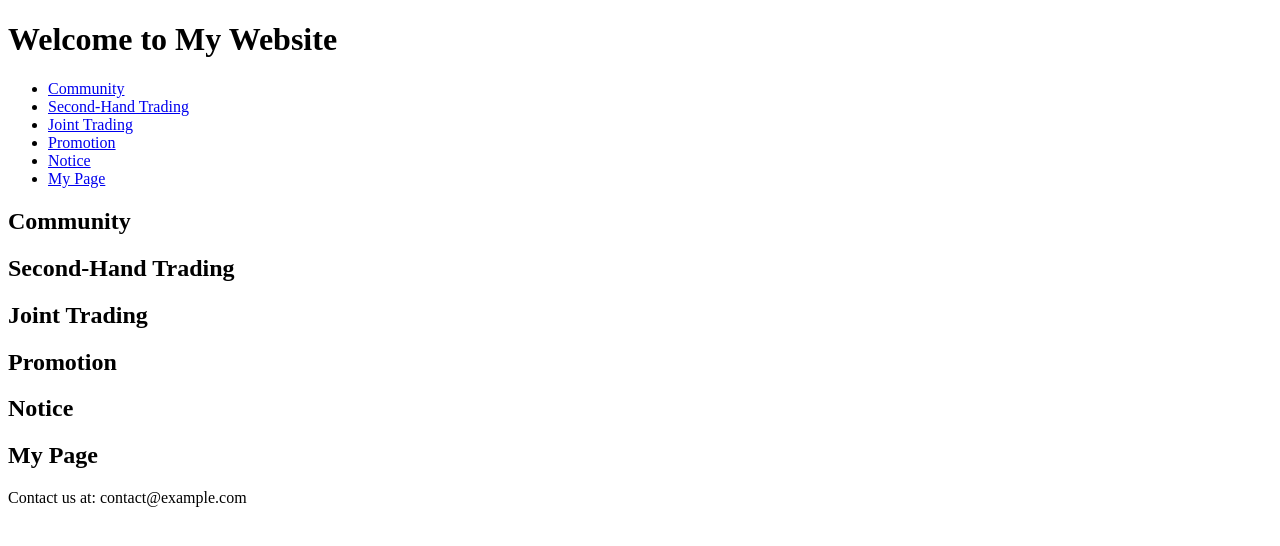
Repository: leejonggwon/Amora-Project
Page: http://localhost/JSP/
The author's editor kept a copy of each file at every save. The page is drawn from the files as they stood at one save, then again after the next save.
The browser window is 1280 px wide. The pictures show the whole page.
The page is served by Tomcat 9.

Above is the page before, as saved 2023-08-01 17:27:40.

After the next save:
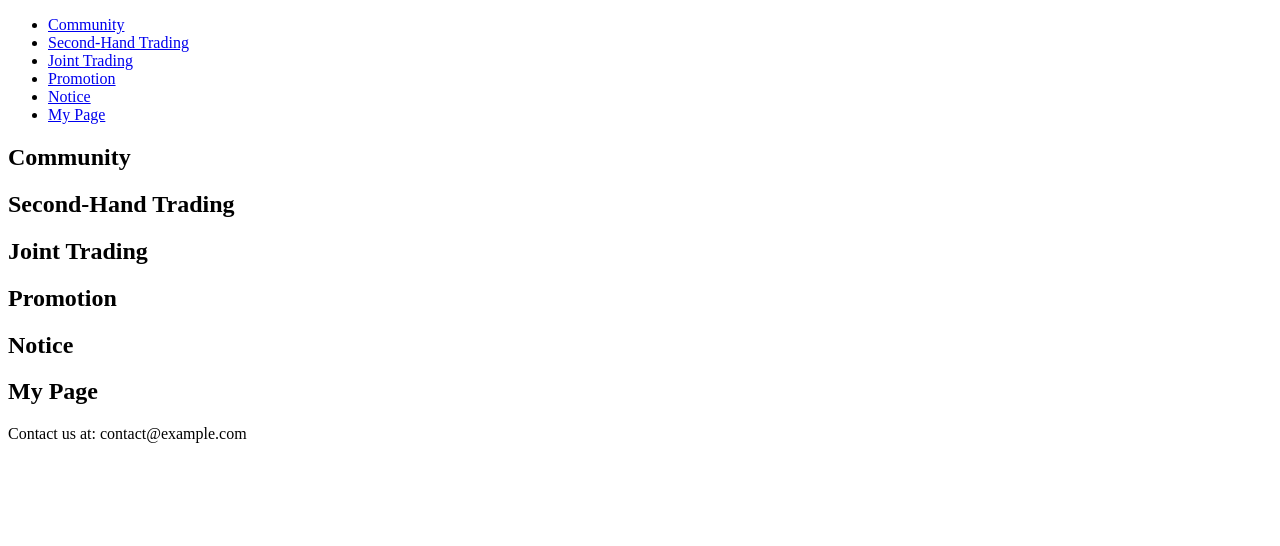
Saved 2 min 4 s later.
--- a/04.Server/JSP/src/main/webapp/index.jsp
+++ b/04.Server/JSP/src/main/webapp/index.jsp
@@ -9,9 +9,9 @@
 <body>
 
     <!-- Header -->
-    <header>
-        <h1>Welcome to My Website</h1>
-    </header>
+  <head>
+    <title>My Website</title>
+</head>
 
     <!-- Navigation -->
     <nav>

After the 2 saves that followed:
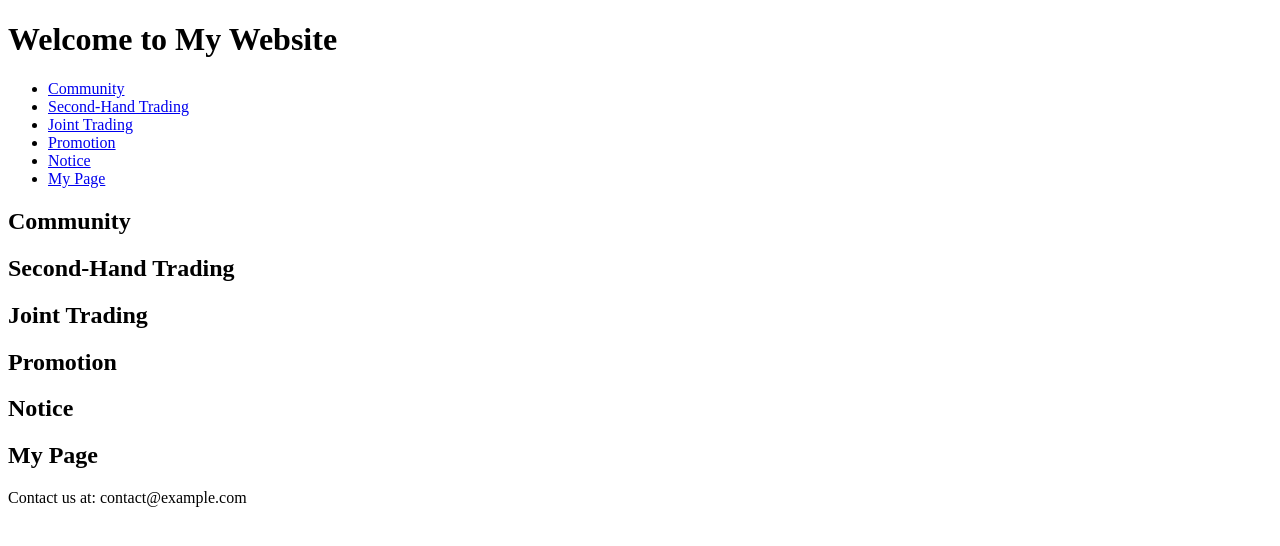
The 2 saves are shown as one change because 1 left the picture as it was.
The last was saved 108 s later.
--- a/04.Server/JSP/src/main/webapp/index.jsp
+++ b/04.Server/JSP/src/main/webapp/index.jsp
@@ -1,17 +1,15 @@
-<%@ page language="java" contentType="text/html; charset=EUC-KR"
-    pageEncoding="EUC-KR"%>
+<%@ page language="java" contentType="text/html; charset=UTF-8" pageEncoding="UTF-8"%>
 <!DOCTYPE html>
 <html>
 <head>
-<meta charset="EUC-KR">
-<title>Insert title here</title>
+    <title>My Website</title>
 </head>
 <body>
 
     <!-- Header -->
-  <head>
-    <title>My Website</title>
-</head>
+    <header>
+        <h1>Welcome to My Website</h1>
+    </header>
 
     <!-- Navigation -->
     <nav>
